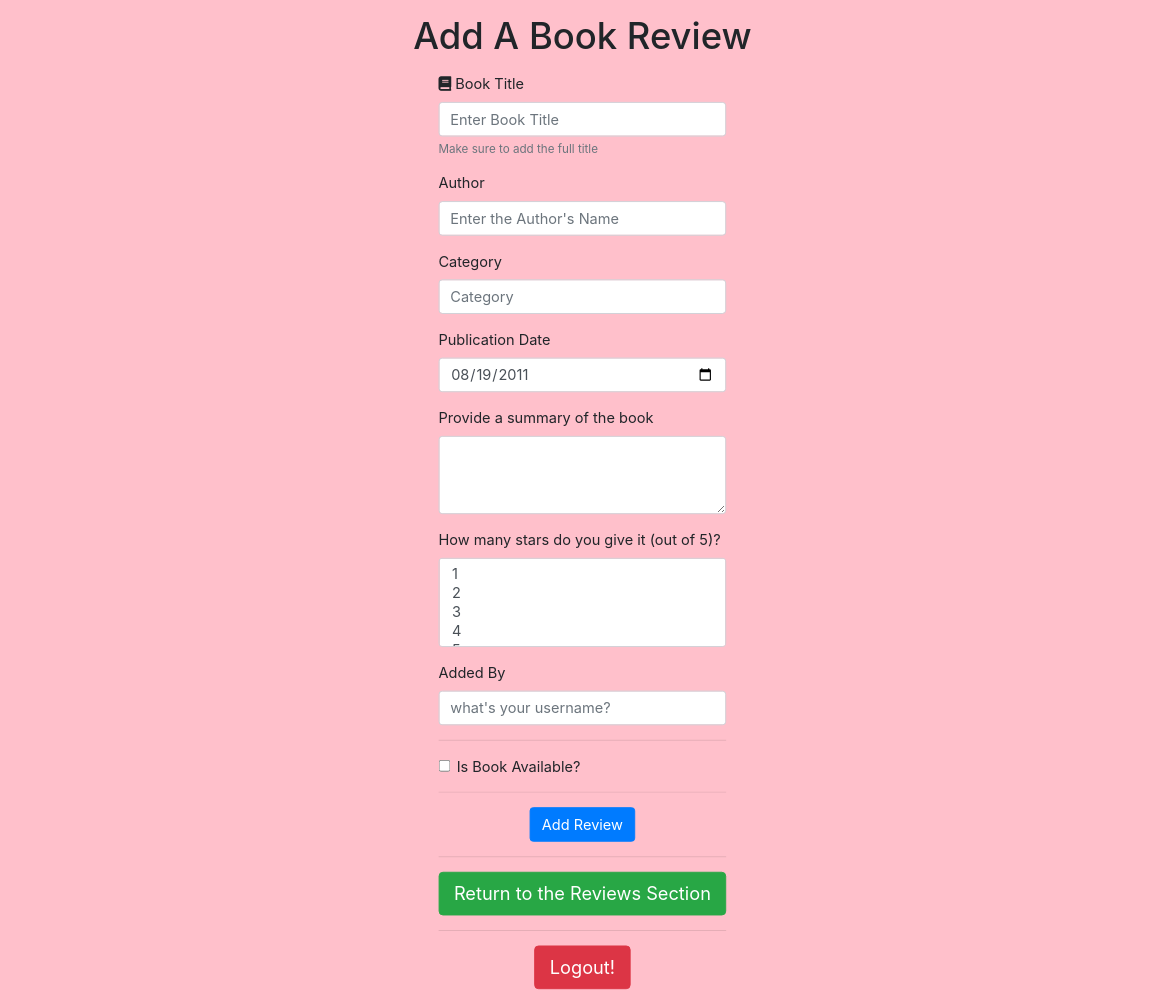
Repository: NeiloErnesto89/Data_Centric_Dev_Milestone_Project3
Page: templates/add_review.html
The author's editor kept a record of every edit. The page is drawn from the files as they stood at one moment, then again after the next edit.
The browser window is 1280 px wide. The pictures show the whole page, at 91% of full size.
Some web libraries are served in a nearby version. The template is drawn by Flask 3. The application's start-up code is not run. The template is opened directly, without the code that normally fills it, so the values that code supplies are empty.

Above is the page before.

After the next edit:
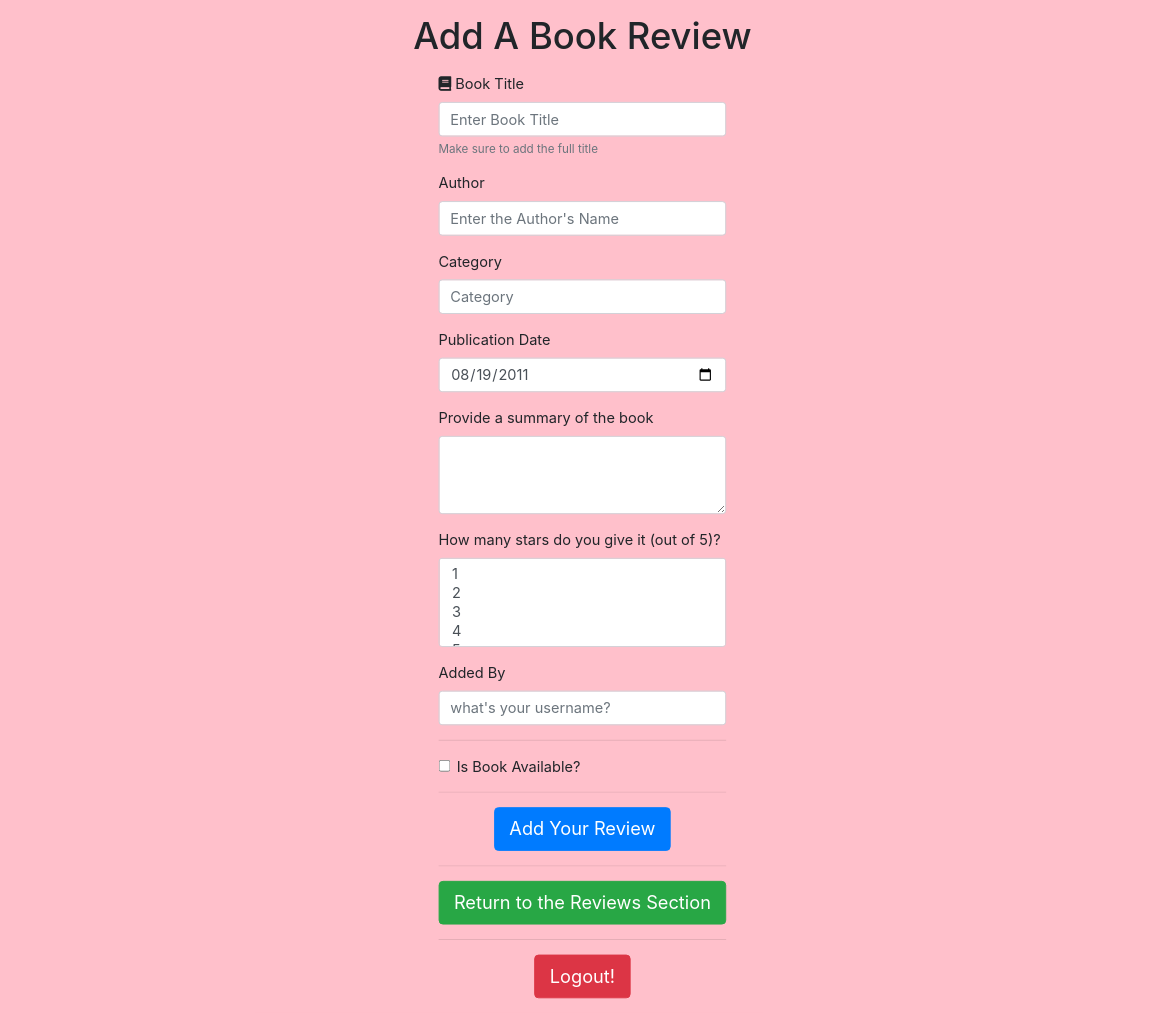
The edit:
--- a/templates/add_review.html
+++ b/templates/add_review.html
@@ -68,7 +68,7 @@
                 <hr>
 
                 <div class="text-center">
-                    <button type="submit" class="btn btn-primary">Add Review</button>
+                    <button type="submit" class="btn btn-primary btn-lg">Add Your Review</button>
                 </div>
                 <hr>
                 <div class="text-center">
